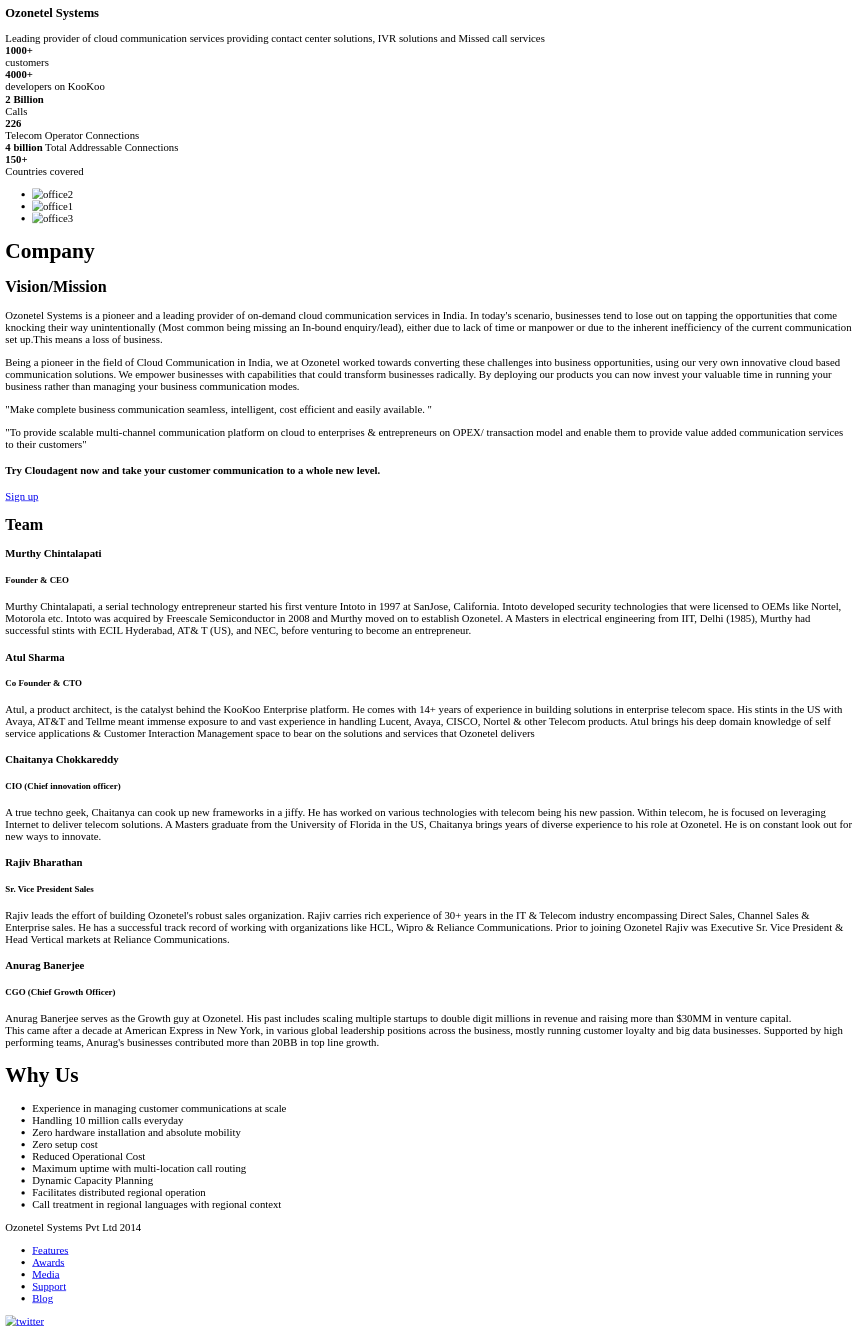
Repository: ashutosh238/ozonetelblogsite
Page: OzonetelBlogSiteFrontEnd/Web/c_aboutUs/AboutUs.html
These files come from the project's save history. The page is drawn as it stood at one moment and after the next save; the edit follows.
The browser window is 1280 px wide. The pictures show the whole page, at 67% of full size.

Above is the page before, as saved 2019-01-08 10:58:48.
Not found: OzonetelBlogSiteFrontEnd/Web/c_aboutUs/images/ozooffice1.png
Not found: OzonetelBlogSiteFrontEnd/Web/c_aboutUs/images/ozooffice2.png
Not found: OzonetelBlogSiteFrontEnd/Web/c_aboutUs/images/ozooffice3.png

After the next save:
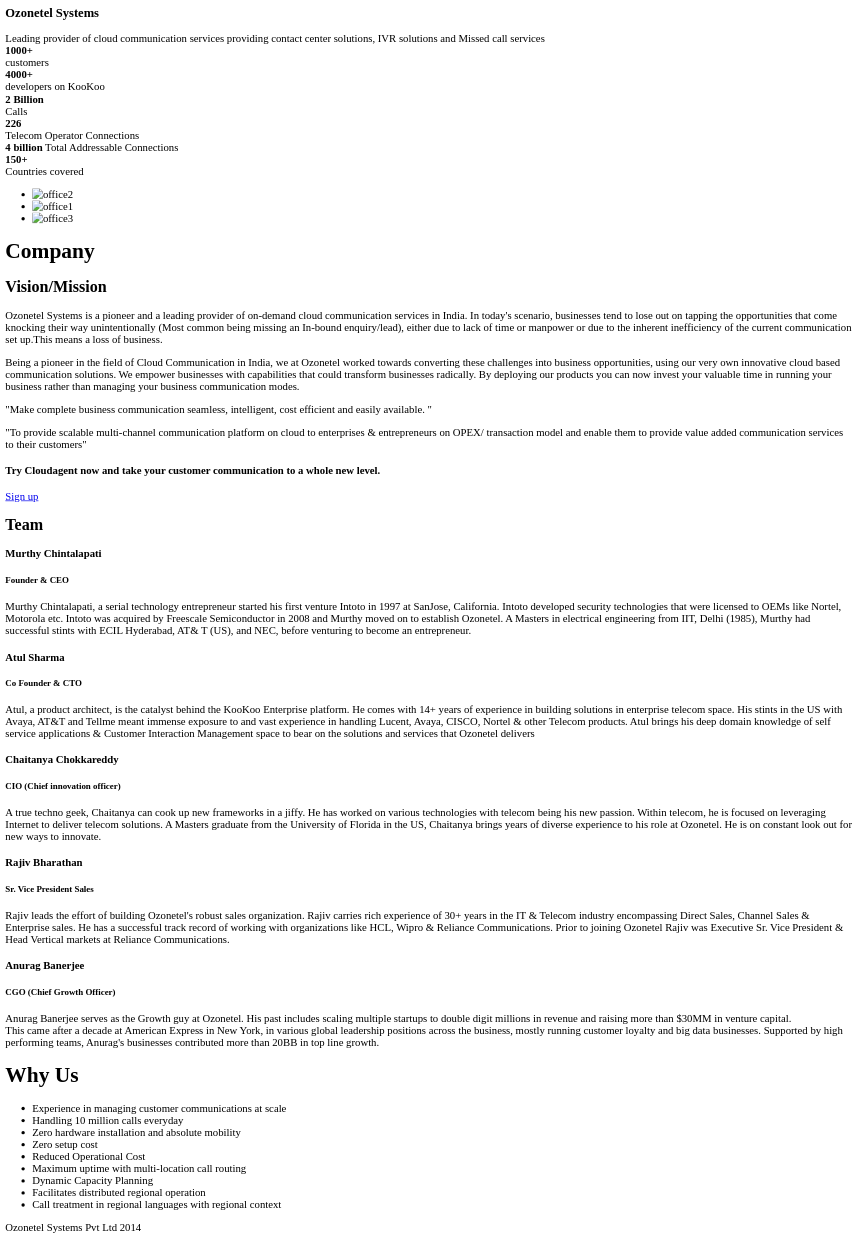
Saved 79 s later.
--- a/OzonetelBlogSiteFrontEnd/Web/c_aboutUs/AboutUs.html
+++ b/OzonetelBlogSiteFrontEnd/Web/c_aboutUs/AboutUs.html
@@ -214,31 +214,8 @@
 				<div class="col-sm-3 copyright">
 					Ozonetel Systems Pvt Ltd 2014
 				</div>
-				<div class="col-sm-6 menu">
-					<ul>
-	      				<li>
-	          				<a href="Cloud-Communications-Features.html">Features</a>
-	        			</li>
-	        			<li>
-	        				<a href="awards.html">Awards</a>
-	        			</li>
-	        			<li class="active">
-	          				<a href="media.html">Media</a>
-	        			</li>
-	        			<li>
-	          				<a href="http://ozonetel.zendesk.com">Support</a>
-	        			</li>
-	        			<li>
-	          				<a href="blog.html">Blog</a>
-	        			</li>
-	      			</ul>
-				</div>
-				<div class="col-sm-3 social">
-					<a href="http://www.twitter.com/OzonetelSystems">
-						<img src="images/social/social-tw.png" alt="twitter" />
-					</a>
-
-				</div>
-			</div>
-		</div>
-	</div>
+
+				</div>
+			</div>
+		</div>
+	</div>
